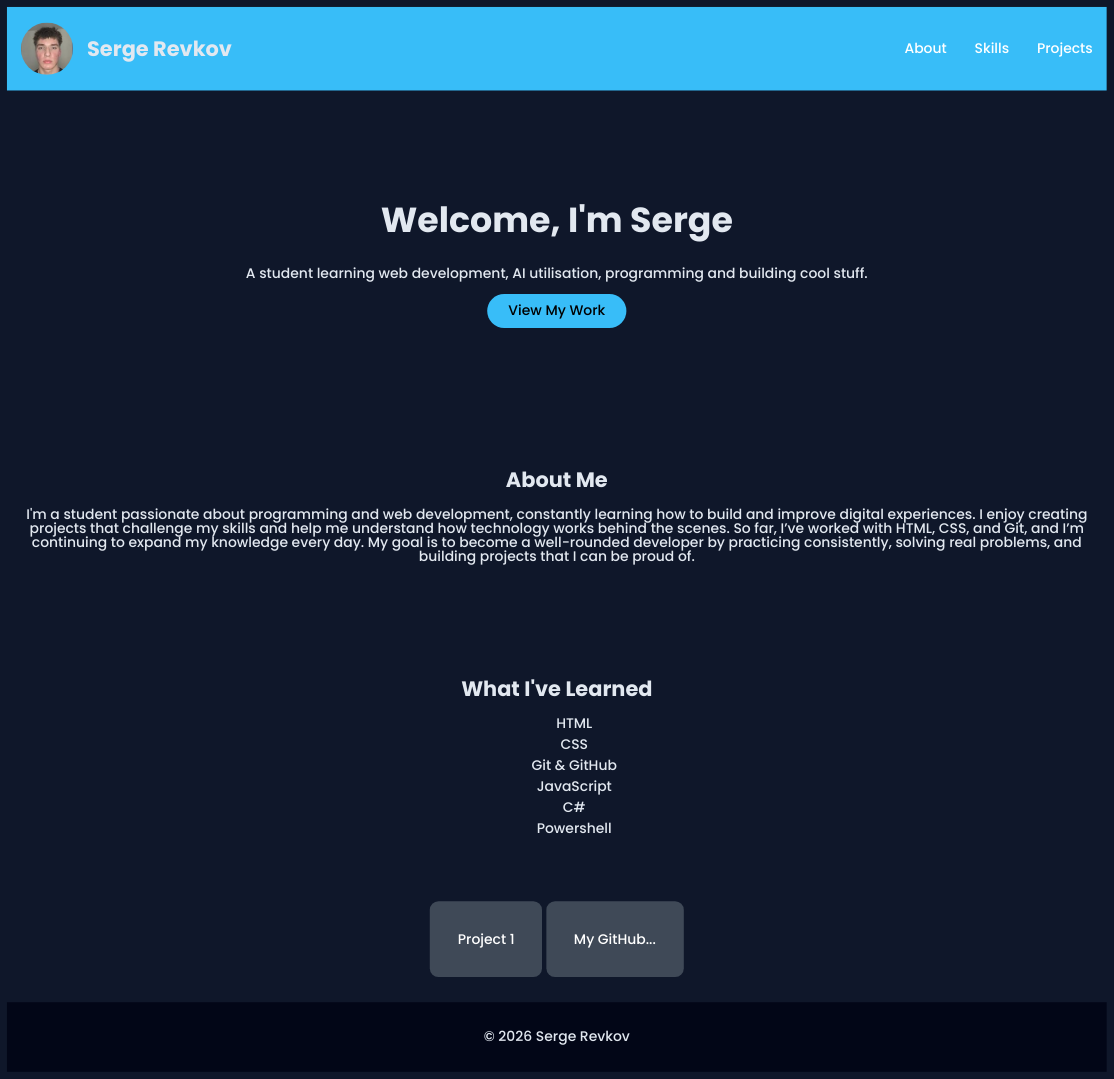
Repository: sergerevkov/Serge_Revkov
Page: index.html
The author's editor kept a copy of each file at every save. The page is drawn from the files as they stood at one save, then again after the next save.
The browser window is 1280 px wide. The pictures show the whole page, at 87% of full size.

Above is the page before, as saved 2026-05-05 22:09:02.

### index.html
<!doctype html>
<html lang="en">
  <head>
    <meta charset="UTF-8" />
    <meta name="viewport" content="width=device-width, initial-scale=1.0" />
    <title>Serge's Portfolio</title>
    <link
      href="https://fonts.googleapis.com/css2?family=Poppins:wght@300;500;700&display=swap"
      rel="stylesheet"
    />
    <link rel="stylesheet" href="styles/globals.css" />
    <link rel="stylesheet" href="styles/index.css" />
  </head>

  <body>
    <header class="header">
      <nav class="nav">
        <div class="profile">
          <img
            src="assets/images/profilepic.png"
            alt="Serge Revkov profile picture"
            class="profile-pic"
          />
          <h1>Serge Revkov</h1>
        </div>
        <ul class="nav-links">
          <li><a href="#about">About</a></li>
          <li><a href="#skills">Skills</a></li>
          <li><a href="#projects">Projects</a></li>
        </ul>
      </nav>
      <section class="hero">
        <h2>Welcome, I'm Serge</h2>
        <p>
          A student learning web development, AI utilisation, programming and
          building cool stuff.
        </p>
        <a href="#projects" class="btn">View My Work</a>
      </section>
    </header>

    <main>
      <section id="about" class="section">
        <h2>About Me</h2>
        <p>
          I'm a student passionate about programming and web development,
          constantly learning how to build and improve digital experiences. I
          enjoy creating projects that challenge my skills and help me
          understand how technology works behind the scenes. So far, I’ve worked
          with HTML, CSS, and Git, and I’m continuing to expand my knowledge
          every day. My goal is to become a well-rounded developer by practicing
          consistently, solving real problems, and building projects that I can
          be proud of.
        </p>
      </section>
      <section id="skills" class="section">
        <h2>What I've Learned</h2>
        <ul class="skills">
          <li>HTML</li>
          <li>CSS</li>
          <li>Git & GitHub</li>
          <li>JavaScript</li>
          <li>C#</li>
          <li>Powershell</li>
        </ul>
      </section>
      <section id="projects" class="section">
        <a href="#project" class="card">Project 1</a>
        <a href="https://github.com/sergerevkov" class="card">My GitHub...</a>
      </section>
    </main>
    <footer class="footer">
      <p>© 2026 Serge Revkov</p>
    </footer>
  </body>
</html>

### styles/globals.css
body {
  font-family: "Poppins", sans-serif;
  background: #0f172a;
  color: #e2e8f0;
  line-height: 1;
}
a {
  text-decoration: none;
  color: white;
}
.btn {
  display: inline-block;
  background: #38bdf8;
  color: black;
  padding: 0.7rem 1.5rem;
  border-radius: 999px;
  transition: 0.3s;
}
.btn:hover {
  transform: scale(1.05);
  background: #0ea5e9;
}
.section {
  padding: 3rem 1rem;
  text-align: center;
}
.nav {
  background-color: #38bdf8;
  display: flex;
  justify-content: space-between;
  align-items: center;
  padding: 1rem;
}
.nav-links {
  display: none;
  list-style: none;
}
.skills li {
  margin: 0.5rem 0;
  list-style: none;
  text-align: center;
}
.profile {
  display: flex;
  align-items: center;
  gap: 1rem;
}
.profile-pic {
  width: 60px;
  height: 60px;
  border-radius: 50%; /* makes it round */
  object-fit: cover; /* prevents stretching */
  border: 2px solid var(--accent);
}

### styles/index.css
.hero {
  text-align: center;
  padding: 4rem 1rem;
}
.hero h2 {
  font-size: 2rem;
}
.card {
  background: #3f4957;
  padding: 2rem;
  border-radius: 10px;
  transition: 0.3s;
  align-items: center;
  justify-content: center;
}
.card:hover {
  transform: translateY(-5px);
  background: #334155;
}
.footer {
  text-align: center;
  padding: 1rem;
  background: #020617;
  margin-top: 1rem;
}
@media (min-width: 768px) {
  .nav-links {
    display: flex;
    gap: 2rem;
  }

  .hero h2 {
    font-size: 2.5rem;
  }

  .projects {
    grid-template-columns: repeat(2, 1fr);
  }
}
@media (min-width: 1024px) {
  .projects {
    grid-template-columns: repeat(3, 1fr);
  }

  .hero {
    padding: 6rem 1rem;
  }
}
@media (max-width: 600px) {
  .profile {
    justify-content: center;
    flex-direction: column;
    text-align: center;
  }
}

After the next save:
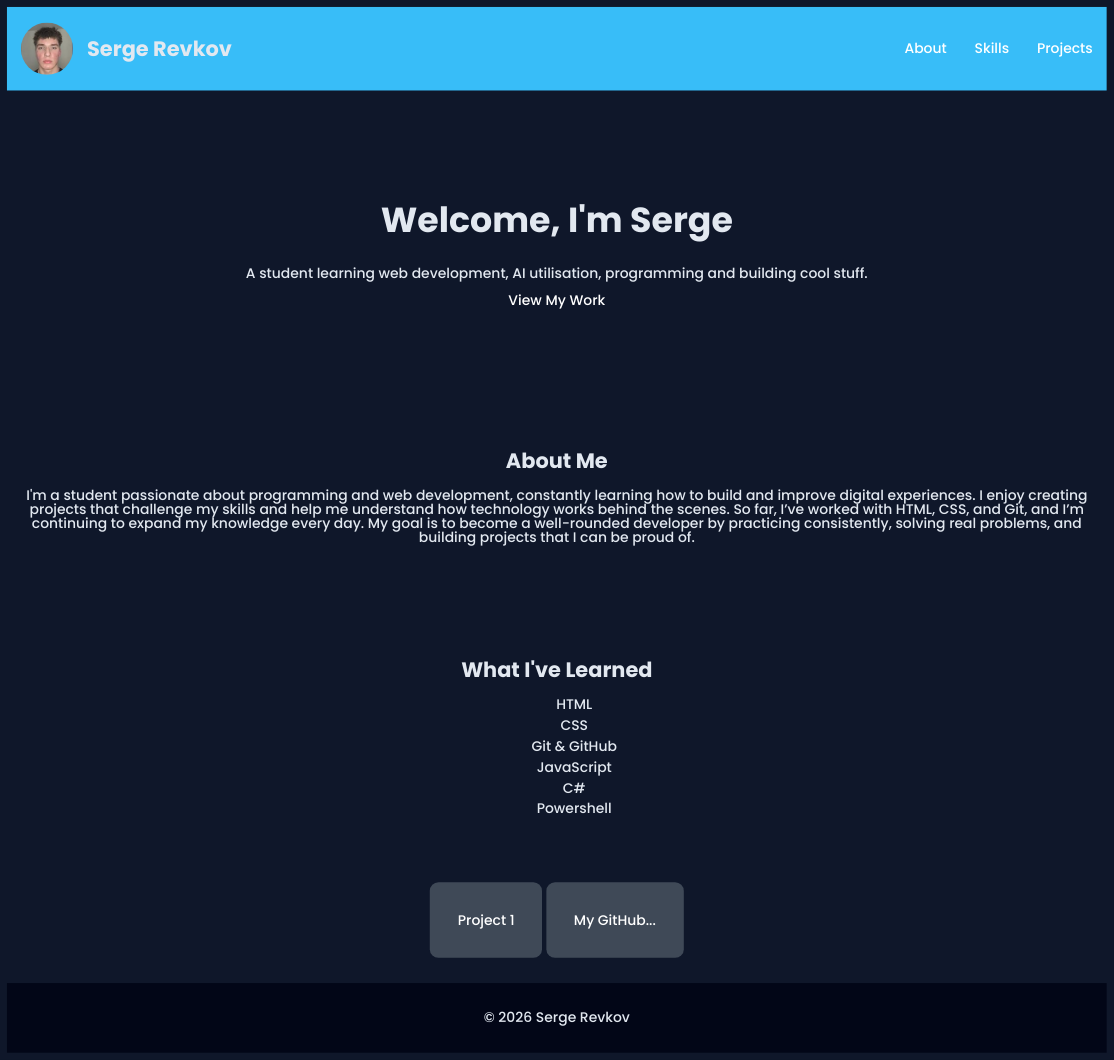
Saved 20 min 34 s later.
--- a/styles/globals.css
+++ b/styles/globals.css
@@ -8,21 +8,23 @@
   text-decoration: none;
   color: white;
 }
-.btn {
-  display: inline-block;
-  background: #38bdf8;
-  color: black;
-  padding: 0.7rem 1.5rem;
-  border-radius: 999px;
-  transition: 0.3s;
-}
-.btn:hover {
-  transform: scale(1.05);
-  background: #0ea5e9;
-}
 .section {
   padding: 3rem 1rem;
   text-align: center;
+}
+.footer {
+  text-align: center;
+  padding: 1rem;
+  background: #020617;
+  margin-top: 1rem;
+}
+.card {
+  background: #3f4957;
+  padding: 2rem;
+  border-radius: 10px;
+  transition: 0.3s;
+  align-items: center;
+  justify-content: center;
 }
 .nav {
   background-color: #38bdf8;
@@ -48,7 +50,6 @@
 .profile-pic {
   width: 60px;
   height: 60px;
-  border-radius: 50%; /* makes it round */
-  object-fit: cover; /* prevents stretching */
-  border: 2px solid var(--accent);
+  border-radius: 50%;
+  object-fit: cover;
 }

After the save that followed:
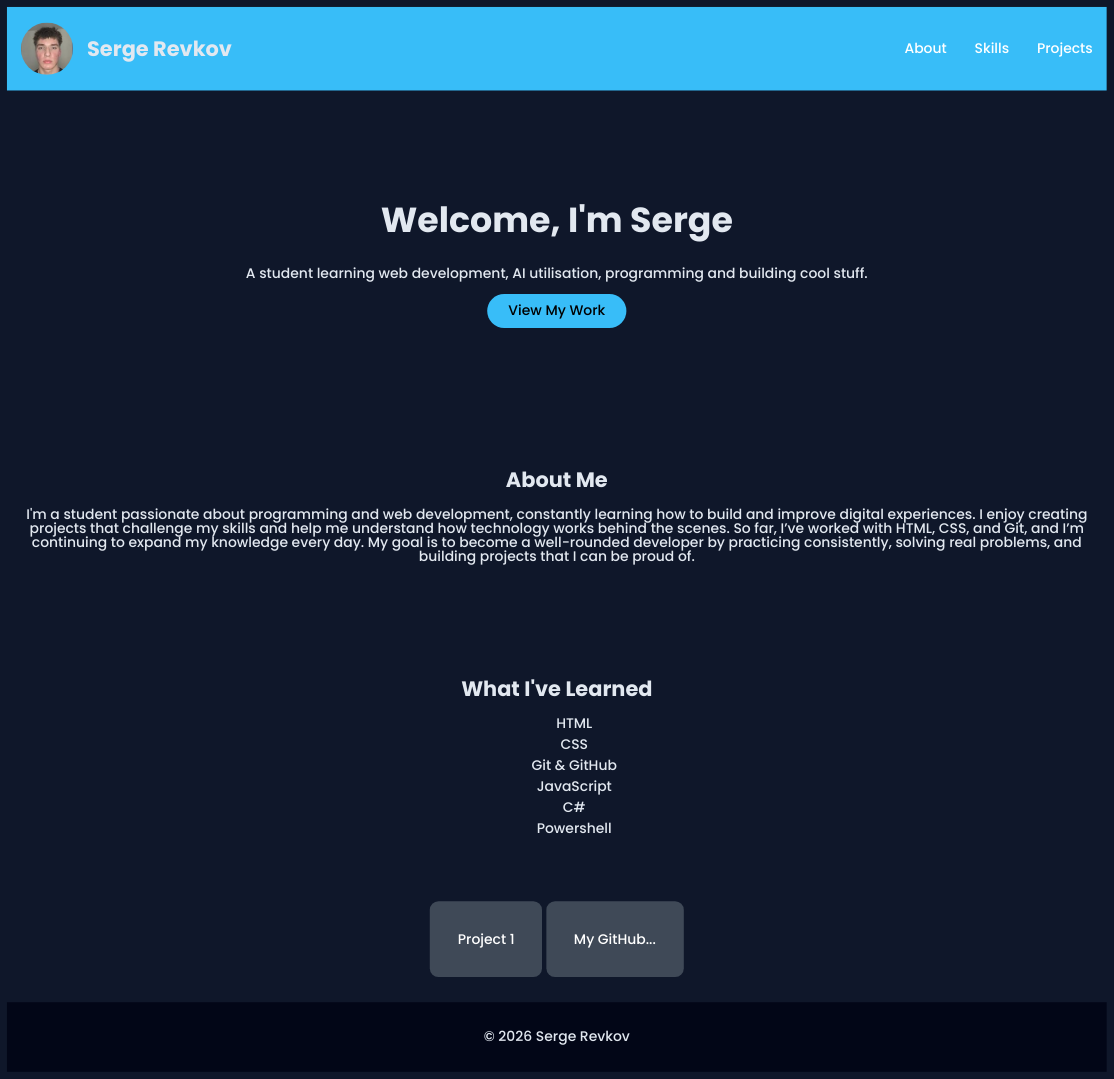
Saved 2 min 11 s later.
--- a/styles/index.css
+++ b/styles/index.css
@@ -5,23 +5,21 @@
 .hero h2 {
   font-size: 2rem;
 }
-.card {
-  background: #3f4957;
-  padding: 2rem;
-  border-radius: 10px;
-  transition: 0.3s;
-  align-items: center;
-  justify-content: center;
-}
 .card:hover {
   transform: translateY(-5px);
-  background: #334155;
+  background: #47648d;
 }
-.footer {
-  text-align: center;
-  padding: 1rem;
-  background: #020617;
-  margin-top: 1rem;
+.btn {
+  display: inline-block;
+  background: #38bdf8;
+  color: black;
+  padding: 0.7rem 1.5rem;
+  border-radius: 999px;
+  transition: 0.3s;
+}
+.btn:hover {
+  transform: scale(1.25);
+  background: #0ea5e9;
 }
 @media (min-width: 768px) {
   .nav-links {
